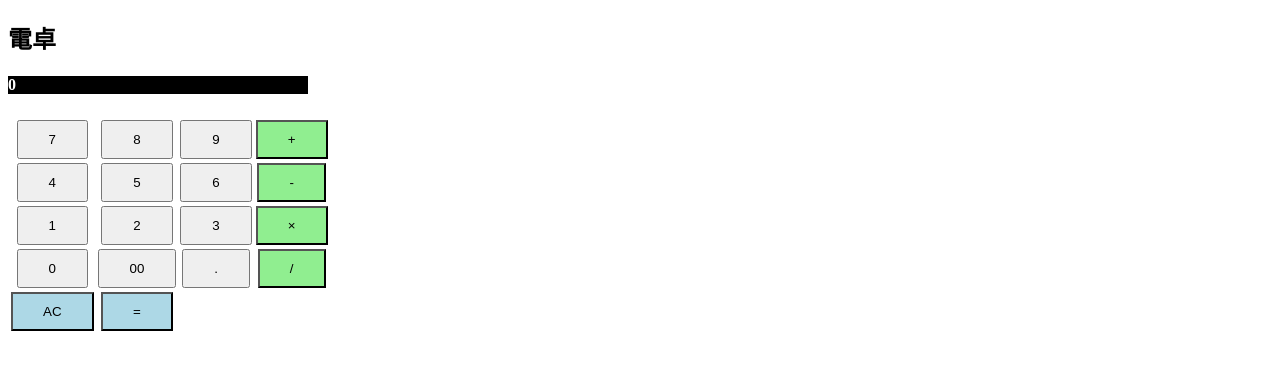
Repository: syokaturyou/potepan
Page: dentaku.html
The author's editor kept a record of every edit. The page is drawn from the files as they stood at one moment, then again after the next edit.
The browser window is 1280 px wide. The pictures show the whole page.

Above is the page before.

### dentaku.html
   <!DOCTYPE html>
    <html lang="en">
      <head>
        <meta charset="utf-8">
        <!--<script src="https://code.jquery.com/jquery-3.2.1.js" integrity="sha256-DZAnKJ/6XZ9si04Hgrsxu/8s717jcIzLy3oi35EouyE=" crossorigin="anonymous"></script>  -->
        <link rel="stylesheet" href="css/main.css">
        <title>電卓</title>
        <script src="javascript/jquery.min.js"></script>
        <script type="text/javascript" src="javascript/main.js" charset="utf-8"></script>
      </head>

      <body>
        <h2>電卓</h2>

          <table>
          <tr>
            <h4 class="target">0</h4>
          </tr>
          <tr>
            <th><input type="button" value="7"></input></th>
            <th><input type="button" value="8"></input></th>
            <th><input type="button" value="9"></input></th>
            <th><input type="button" class="plus" value="+"></th>
          </tr>
          <tr>
            <th><input type="button" value="4"></input></th>
            <th><input type="button" value="5"></input></th>
            <th><input type="button" value="6"></input></th>
            <th><input type="button" class="minus" value="-"></th>
          </tr>
          <tr>
            <th><input type="button" value="1"></input></th>
            <th><input type="button" value="2"></input></th>
            <th><input type="button" value="3"></input></th>
            <th><input type="button" class="kakeru" value="×"></th>
          </tr>
          <tr>
            <th><input type="button" value="0"></input></th>
            <th><input type="button" value="00"></input></th>
            <th><input type="button" value="."></input></th>
            <th><input type="button" class="waru" value="/"></th>
          </tr>
          <tr>
            <th><input type="button" class="ac" value="AC"></th>
            <th><input type="button" class="equal" value="="></th>
          </tr>
        </table>

      </body>
    </html>

### css/main.css
table{
  background-color: white;
}

h4{
  width: 300px;
  color: white;
  background-color: black;
}

 input {
  padding: 10px 30px;
}

.plus{
    background-color: lightgreen;
    /*padding: 10px 30px;*/
}

.minus{
    background-color: lightgreen;
    /*padding: 10px 30px;*/
}

.kakeru{
    background-color: lightgreen;
    /*padding: 10px 30px;*/
}

.waru{
    background-color: lightgreen;
    /*padding: 10px 30px;*/
}

.equal{
    background-color: lightblue;
    /*padding: 10px 30px;*/
}

.ac{
    background-color: lightblue;
    /*padding: 10px 30px;*/
}

### javascript/main.js
     $(document).ready(function(){
      $(".button0").click(function() {
      let value = $(".button0").text(); //テキストを取得し変数に入れています
      $(".target").text(value); //テキストを変更する処理
      });

      $(".button1").click(function() {
      let value1 = 1;
      let value = value + value1
      $(".target").text(value);
      });

      $(".button2").click(function() {
      let value2 = 2;
      let value = value + value2
       $(".target").text(value);
      });

      $(".button3").click(function() {
      let value = 3;
       $(".target").text(value);
      });

      $(".button4").click(function() {
      let value = 4;
       $(".target").text(value);
      });

      $(".button5").click(function() {
      let value = $(".button5").number();
       $(".target").number(value);
      });

      $(".button6").click(function() {
      let value = $(".button6").text();
       $(".target").text(value);
      });

      $(".button7").click(function() {
      let value = $(".button7").text();
       $(".target").text(value);
      });

      $(".button8").click(function() {
      let value = $(".button8").text();
       $(".target").text(value);
      });

      $(".button9").click(function() {
      let value = $(".button9").text();
       $(".target").text(value);
      });

      $(".buttonreset").click(function() {
       $(".target").text(0);
      });

  });

Loaded but not shown: javascript/jquery.min.js (library)

After the next edit:
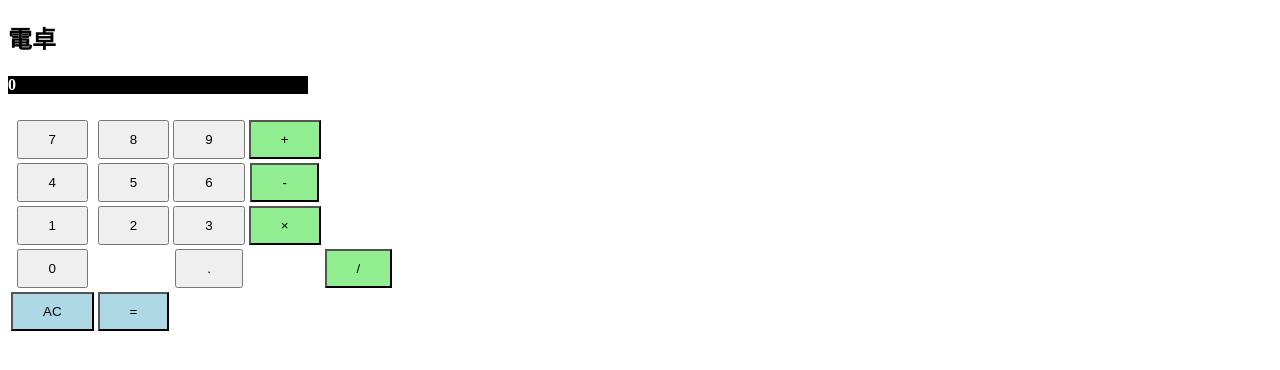
The edit:
--- a/dentaku.html
+++ b/dentaku.html
@@ -36,8 +36,9 @@
           </tr>
           <tr>
             <th><input type="button" value="0"></input></th>
-            <th><input type="button" value="00"></input></th>
+            <th></th>
             <th><input type="button" value="."></input></th>
+            <th></th>
             <th><input type="button" class="waru" value="/"></th>
           </tr>
           <tr>
